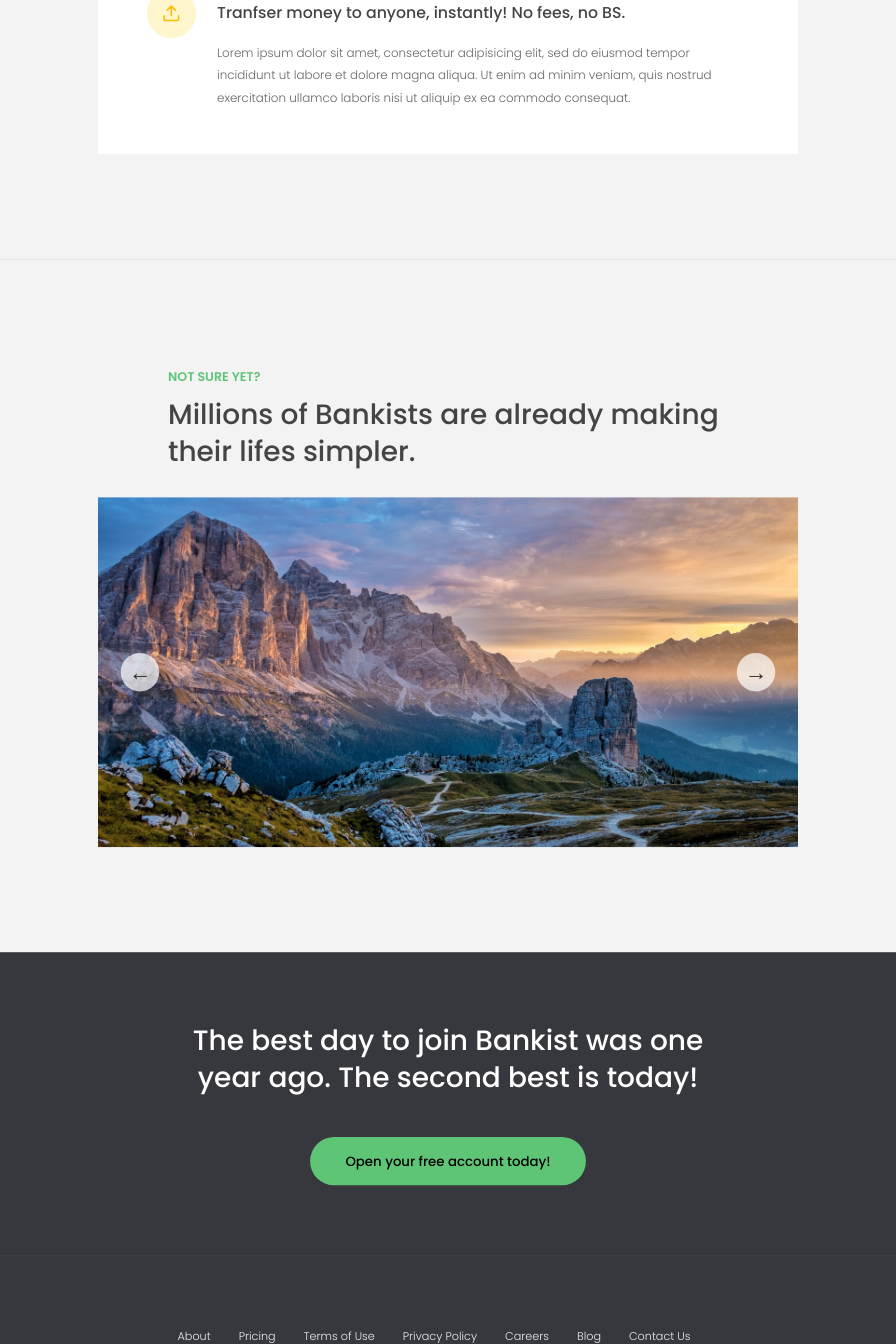
Repository: nptg3105/Bankist
Page: index.html
These files come from the project's save history. The page is drawn as it stood at one moment and after the next save; the edit follows.
The browser window is 1280 px wide. The pictures show the part of the page from y = 2685 to 4605 px (the page is 4887 px tall), at 70% of full size.

Above is the page before, as saved 2022-05-28 08:20:24.

### index.html
<!DOCTYPE html>
<html lang="en">
  <head>
    <meta charset="UTF-8" />
    <meta name="viewport" content="width=device-width, initial-scale=1.0" />
    <meta http-equiv="X-UA-Compatible" content="ie=edge" />
    <link rel="shortcut icon" type="image/png" href="images/icon.png" />

    <link
      href="https://fonts.googleapis.com/css?family=Poppins:300,400,500,600&display=swap"
      rel="stylesheet"
    />
    <link rel="stylesheet" href="dist/index.css" />
    <title>Bankist | When Banking meets Minimalist</title>
  </head>
  <body>
    <header class="header">
      <nav class="nav">
        <img
          src="images/logo.png"
          alt="Bankist logo"
          class="nav__logo"
          id="logo"
        />
        <ul class="nav__links">
          <li class="nav__item">
            <a class="nav__link" href="#section--1">Features</a>
          </li>
          <li class="nav__item">
            <a class="nav__link" href="#section--2">Operations</a>
          </li>
          <li class="nav__item">
            <a class="nav__link" href="#section--3">Testimonials</a>
          </li>
          <li class="nav__item">
            <a class="nav__link nav__link--btn btn--show-modal" href="#"
              >Open account</a
            >
          </li>
        </ul>
      </nav>

      <div class="header__title">
        <h1>
          When
          <!-- Green highlight effect -->
          <span class="highlight">banking</span>
          meets<br />
          <span class="highlight">minimalist</span>
        </h1>
        <h4>A simpler banking experience for a simpler life.</h4>
        <button class="btn--text btn--scroll-to">Learn more &DownArrow;</button>
        <img
          src="images/hero.png"
          class="header__img"
          alt="Minimalist bank items"
        />
      </div>
    </header>

    <section class="section" id="section--1">
      <div class="section__title">
        <h2 class="section__description">Features</h2>
        <h3 class="section__header">
          Everything you need in a modern bank and more.
        </h3>
      </div>

      <div class="features">
        <img
          src="images/digital-lazy.jpg"
          data-src="images/digital.jpg"
          alt="Computer"
          class="features__img lazy-img"
        />
        <div class="features__feature">
          <div class="features__icon">
            <svg>
              <use xlink:href="images/icons.svg#icon-monitor"></use>
            </svg>
          </div>
          <h5 class="features__header">100% digital bank</h5>
          <p>
            Lorem ipsum dolor sit amet consectetur adipisicing elit. Unde alias
            sint quos? Accusantium a fugiat porro reiciendis saepe quibusdam
            debitis ducimus.
          </p>
        </div>

        <div class="features__feature">
          <div class="features__icon">
            <svg>
              <use xlink:href="images/icons.svg#icon-trending-up"></use>
            </svg>
          </div>
          <h5 class="features__header">Watch your money grow</h5>
          <p>
            Nesciunt quos autem dolorum voluptates cum dolores dicta fuga
            inventore ab? Nulla incidunt eius numquam sequi iste pariatur
            quibusdam!
          </p>
        </div>
        <img
          src="images/grow-lazy.jpg"
          data-src="images/grow.jpg"
          alt="Plant"
          class="features__img lazy-img"
        />

        <img
          src="images/card-lazy.jpg"
          data-src="images/card.jpg"
          alt="Credit card"
          class="features__img lazy-img"
        />
        <div class="features__feature">
          <div class="features__icon">
            <svg>
              <use xlink:href="images/icons.svg#icon-credit-card"></use>
            </svg>
          </div>
          <h5 class="features__header">Free debit card included</h5>
          <p>
            Quasi, fugit in cumque cupiditate reprehenderit debitis animi enim
            eveniet consequatur odit quam quos possimus assumenda dicta fuga
            inventore ab.
          </p>
        </div>
      </div>
    </section>

    <section class="section" id="section--2">
      <div class="section__title">
        <h2 class="section__description">Operations</h2>
        <h3 class="section__header">
          Everything as simple as possible, but no simpler.
        </h3>
      </div>

      <div class="operations">
        <div class="operations__tab-container">
          <button
            class="btn operations__tab operations__tab--1 operations__tab--active"
            data-tab="1"
          >
            <span>01</span>Instant Transfers
          </button>
          <button class="btn operations__tab operations__tab--2" data-tab="2">
            <span>02</span>Instant Loans
          </button>
          <button class="btn operations__tab operations__tab--3" data-tab="3">
            <span>03</span>Instant Closing
          </button>
        </div>
        <div
          class="operations__content operations__content--1 operations__content--active"
        >
          <div class="operations__icon operations__icon--1">
            <svg>
              <use xlink:href="images/icons.svg#icon-upload"></use>
            </svg>
          </div>
          <h5 class="operations__header">
            Tranfser money to anyone, instantly! No fees, no BS.
          </h5>
          <p>
            Lorem ipsum dolor sit amet, consectetur adipisicing elit, sed do
            eiusmod tempor incididunt ut labore et dolore magna aliqua. Ut enim
            ad minim veniam, quis nostrud exercitation ullamco laboris nisi ut
            aliquip ex ea commodo consequat.
          </p>
        </div>

        <div class="operations__content operations__content--2">
          <div class="operations__icon operations__icon--2">
            <svg>
              <use xlink:href="images/icons.svg#icon-home"></use>
            </svg>
          </div>
          <h5 class="operations__header">
            Buy a home or make your dreams come true, with instant loans.
          </h5>
          <p>
            Duis aute irure dolor in reprehenderit in voluptate velit esse
            cillum dolore eu fugiat nulla pariatur. Excepteur sint occaecat
            cupidatat non proident, sunt in culpa qui officia deserunt mollit
            anim id est laborum.
          </p>
        </div>
        <div class="operations__content operations__content--3">
          <div class="operations__icon operations__icon--3">
            <svg>
              <use xlink:href="images/icons.svg#icon-user-x"></use>
            </svg>
          </div>
          <h5 class="operations__header">
            No longer need your account? No problem! Close it instantly.
          </h5>
          <p>
            Excepteur sint occaecat cupidatat non proident, sunt in culpa qui
            officia deserunt mollit anim id est laborum. Ut enim ad minim
            veniam, quis nostrud exercitation ullamco laboris nisi ut aliquip ex
            ea commodo consequat.
          </p>
        </div>
      </div>
    </section>

    <section class="section" id="section--3">
      <div class="section__title section__title--testimonials">
        <h2 class="section__description">Not sure yet?</h2>
        <h3 class="section__header">
          Millions of Bankists are already making their lifes simpler.
        </h3>
      </div>

      <div class="slider">
        <!-- <div class="slide slide--1">
          <div class="testimonial">
            <h5 class="testimonial__header">Best financial decision ever!</h5>
            <blockquote class="testimonial__text">
              Lorem ipsum dolor sit, amet consectetur adipisicing elit.
              Accusantium quas quisquam non? Quas voluptate nulla minima
              deleniti optio ullam nesciunt, numquam corporis et asperiores
              laboriosam sunt, praesentium suscipit blanditiis. Necessitatibus
              id alias reiciendis, perferendis facere pariatur dolore veniam
              autem esse non voluptatem saepe provident nihil molestiae.
            </blockquote>
            <address class="testimonial__author">
              <img src="images/user-1.jpg" alt="" class="testimonial__photo" />
              <h6 class="testimonial__name">Aarav Lynn</h6>
              <p class="testimonial__location">San Francisco, USA</p>
            </address>
          </div>
        </div>

        <div class="slide slide--2">
          <div class="testimonial">
            <h5 class="testimonial__header">
              The last step to becoming a complete minimalist
            </h5>
            <blockquote class="testimonial__text">
              Quisquam itaque deserunt ullam, quia ea repellendus provident,
              ducimus neque ipsam modi voluptatibus doloremque, corrupti
              laborum. Incidunt numquam perferendis veritatis neque repellendus.
              Lorem, ipsum dolor sit amet consectetur adipisicing elit. Illo
              deserunt exercitationem deleniti.
            </blockquote>
            <address class="testimonial__author">
              <img src="images/user-2.jpg" alt="" class="testimonial__photo" />
              <h6 class="testimonial__name">Miyah Miles</h6>
              <p class="testimonial__location">London, UK</p>
            </address>
          </div>
        </div>

        <div class="slide slide--3">
          <div class="testimonial">
            <h5 class="testimonial__header">
              Finally free from old-school banks
            </h5>
            <blockquote class="testimonial__text">
              Debitis, nihil sit minus suscipit magni aperiam vel tenetur
              incidunt commodi architecto numquam omnis nulla autem,
              necessitatibus blanditiis modi similique quidem. Odio aliquam
              culpa dicta beatae quod maiores ipsa minus consequatur error sunt,
              deleniti saepe aliquid quos inventore sequi. Necessitatibus id
              alias reiciendis, perferendis facere.
            </blockquote>
            <address class="testimonial__author">
              <img src="images/user-3.jpg" alt="" class="testimonial__photo" />
              <h6 class="testimonial__name">Francisco Gomes</h6>
              <p class="testimonial__location">Lisbon, Portugal</p>
            </address>
          </div>
        </div> -->

        <div class="slide"><img src="images/img-1.jpg" alt="Photo 1" /></div>
        <div class="slide"><img src="images/img-2.jpg" alt="Photo 2" /></div>
        <div class="slide"><img src="images/img-3.jpg" alt="Photo 3" /></div>
        <div class="slide"><img src="images/img-4.jpg" alt="Photo 4" /></div>
        <button class="slider__btn slider__btn--left">&larr;</button>
        <button class="slider__btn slider__btn--right">&rarr;</button>
        <div class="dots"></div>
      </div>
    </section>

    <section class="section section--sign-up">
      <div class="section__title">
        <h3 class="section__header">
          The best day to join Bankist was one year ago. The second best is
          today!
        </h3>
      </div>
      <button class="btn btn--show-modal">Open your free account today!</button>
    </section>

    <footer class="footer">
      <ul class="footer__nav">
        <li class="footer__item">
          <a class="footer__link" href="#">About</a>
        </li>
        <li class="footer__item">
          <a class="footer__link" href="#">Pricing</a>
        </li>
        <li class="footer__item">
          <a class="footer__link" href="#">Terms of Use</a>
        </li>
        <li class="footer__item">
          <a class="footer__link" href="#">Privacy Policy</a>
        </li>
        <li class="footer__item">
          <a class="footer__link" href="#">Careers</a>
        </li>
        <li class="footer__item">
          <a class="footer__link" href="#">Blog</a>
        </li>
        <li class="footer__item">
          <a class="footer__link" href="#">Contact Us</a>
        </li>
      </ul>
      <img src="images/icon.png" alt="Logo" class="footer__logo" />
      <p class="footer__copyright">
        &copy; Copyright by
        <a
          class="footer__link twitter-link"
          target="_blank"
          href="https://twitter.com/jonasschmedtman"
          >Jonas Schmedtmann</a
        >. Use for learning or your portfolio. Don't use to teach. Don't claim
        as your own product.
      </p>
    </footer>

    <div class="modal hidden">
      <button class="btn--close-modal">&times;</button>
      <h2 class="modal__header">
        Open your bank account <br />
        in just <span class="highlight">5 minutes</span>
      </h2>
      <form class="modal__form">
        <label>First Name</label>
        <input type="text" />
        <label>Last Name</label>
        <input type="text" />
        <label>Email Address</label>
        <input type="email" />
        <button class="btn">Next step &rarr;</button>
      </form>
    </div>
    <div class="overlay hidden"></div>

    <script src="./src/js/script.js"></script>
  </body>
</html>

### src/js/script.js
"use strict";

///////////////////////////////////////
// Modal window

const modal = document.querySelector(".modal");
const overlay = document.querySelector(".overlay");
const btnCloseModal = document.querySelector(".btn--close-modal");
const btnsOpenModal = document.querySelectorAll(".btn--show-modal");

const btnScroll = document.querySelector(".btn--scroll-to");
const section1 = document.querySelector("#section--1");

const tabs = document.querySelectorAll(".operations__tab");
const tabsContainer = document.querySelector(".operations__tab-container");
const tabsContent = document.querySelectorAll(".operations__content");

const nav = document.querySelector(".nav");

const openModal = function (e) {
  e.preventDefault();
  modal.classList.remove("hidden");
  overlay.classList.remove("hidden");
};

const closeModal = function () {
  modal.classList.add("hidden");
  overlay.classList.add("hidden");
};

btnsOpenModal.forEach((btn) => {
  btn.addEventListener("click", openModal);
});

btnCloseModal.addEventListener("click", closeModal);
overlay.addEventListener("click", closeModal);

document.addEventListener("keydown", function (e) {
  if (e.key === "Escape" && !modal.classList.contains("hidden")) {
    closeModal();
  }
});

//Scroll Smooth
btnScroll.addEventListener("click", function () {
  section1.scrollIntoView({ behavior: "smooth" });
});

document.querySelector(".nav__links").addEventListener("click", (e) => {
  e.preventDefault();
  if (e.target.classList.contains("nav__link")) {
    const id = e.target.getAttribute("href");
    document.querySelector(id).scrollIntoView({ behavior: "smooth" });
  }
});

//Tabbed Component
tabsContainer.addEventListener("click", function (e) {
  const clicked = e.target.closest(".operations__tab");
  // console.log(clicked);

  //Remove classes
  tabs.forEach((tab) => {
    tab.classList.remove("operations__tab--active");
  });
  tabsContent.forEach((content) => {
    content.classList.remove("operations__content--active");
  });

  if (!clicked) return;

  //Active class
  clicked.classList.add("operations__tab--active");

  //Active content area
  document
    .querySelector(`.operations__content--${clicked.dataset.tab}`)
    .classList.add("operations__content--active");
});

//Faded nav
function handleHover(e) {
  if (e.target.classList.contains("nav__link")) {
    const link = e.target;
    const siblings = link.closest(".nav__links").querySelectorAll(".nav__link");

    siblings.forEach((element) => {
      if (element !== link) element.style.opacity = this;
    });
  }
}

nav.addEventListener("mouseover", handleHover.bind(0.5));
nav.addEventListener("mouseout", handleHover.bind(1));

//Sticky Nav
const initialCoords = section1.getBoundingClientRect();
const navHeight = nav.getBoundingClientRect().height;
// console.log(navHeight);

window.addEventListener("scroll", function () {
  if (window.scrollY > initialCoords.top - navHeight) {
    nav.classList.add("sticky");
  }
  if (window.scrollY < initialCoords.top) {
    nav.classList.remove("sticky");
  }
});

//Reveal Section
const allSection = document.querySelectorAll(".section");

function revealSection(entries, observer) {
  const [entry] = entries;
  // console.log(entry);
  if (!entry.isIntersecting) return;
  entry.target.classList.remove("section--hidden");
  observer.unobserve(entry.target);
}

const sectionObserver = new IntersectionObserver(revealSection, {
  root: null,
  threshold: 0.15,
});

allSection.forEach((section) => {
  sectionObserver.observe(section);
  section.classList.add("section--hidden");
});

//Lazy-load image
const imgTargets = document.querySelectorAll("img[data-src]");

function loadImg(entries, observer) {
  const [entry] = entries;
  // console.log(entry);

  if (!entry.isIntersecting) return;

  //Replace src with data-src
  entry.target.src = entry.target.dataset.src;

  entry.target.addEventListener("load", () => {
    entry.target.classList.remove("lazy-img");
  });

  observer.unobserve(entry.target);
}

const imgObserver = new IntersectionObserver(loadImg, {
  root: null,
  threshold: 0,
  rootMargin: "-200px",
});

imgTargets.forEach((img) => imgObserver.observe(img));

//Slider
const slides = document.querySelectorAll(".slide");
const btnNext = document.querySelector(".slider__btn--right");
const btnPrev = document.querySelector(".slider__btn--left");
const dotContainer = document.querySelector(".dots");

let curSlide = 0;
const maxSlide = slides.length;

//Function
function createDot() {
  slides.forEach((_, i) => {
    dotContainer.insertAdjacentElement(
      "beforeend",
      `<button class="dots__dot" data-slide=${i}></button>`
    );
  });
}

function goToSlide(slide) {
  slides.forEach((s, i) => {
    s.style.transform = `translateX(${100 * (i - slide)}%)`;
  });
}

goToSlide(0);

//Next Slide
function nextSlide() {
  if (curSlide === maxSlide - 1) {
    curSlide = 0;
  } else {
    curSlide++;
  }

  goToSlide(curSlide);
}

//PrevSlide
function prevSlide() {
  if (curSlide === 0) {
    curSlide = maxSlide - 1;
  } else {
    curSlide--;
  }
  goToSlide(curSlide);
}

btnNext.addEventListener("click", nextSlide);
btnPrev.addEventListener("click", prevSlide);

document.addEventListener("keydown", function (e) {
  if (e.key === "ArrowLeft") prevSlide();
  e.key === "ArrowRight" && nextSlide();
});

Loaded but not shown: dist/index.css (library)

After the next save:
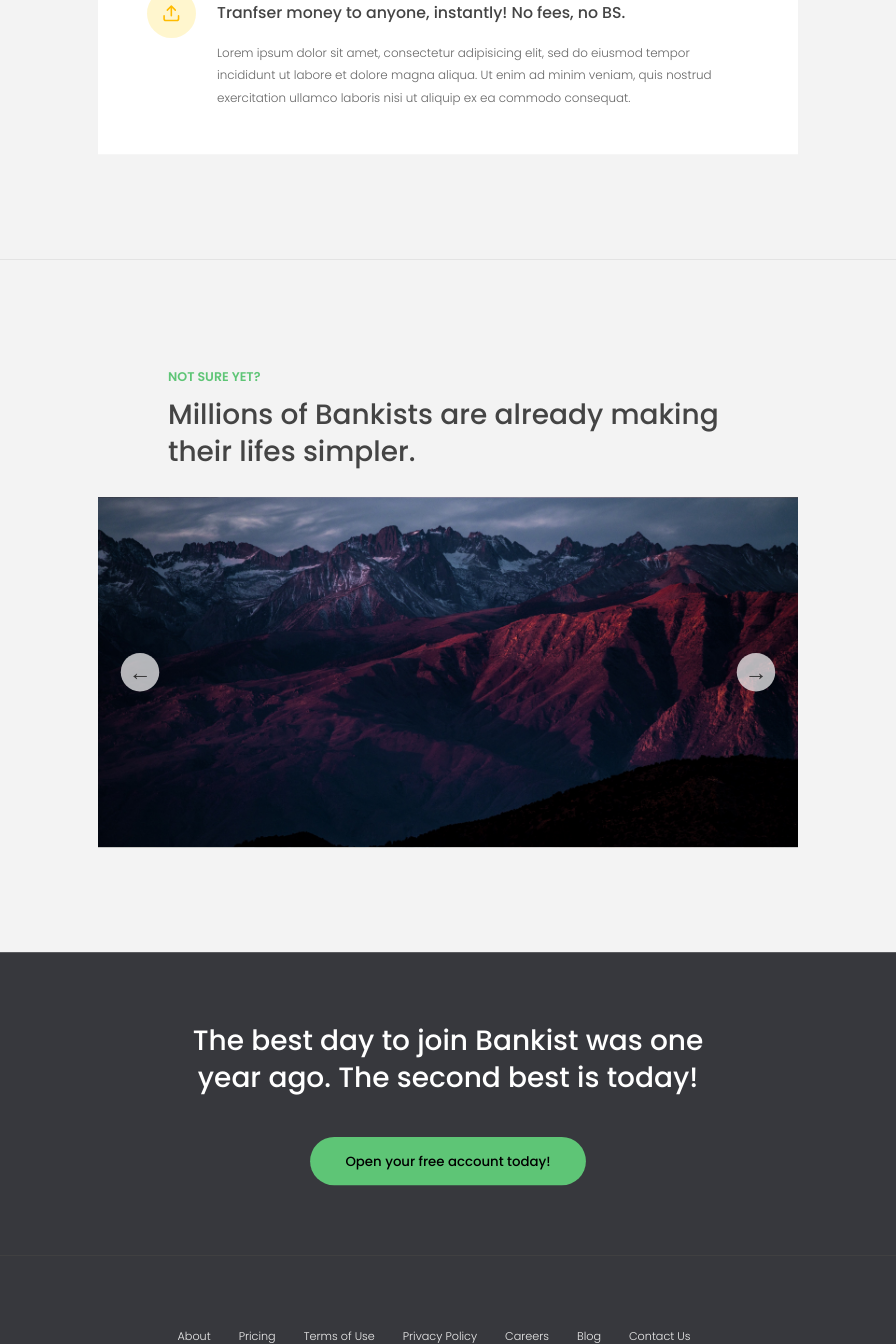
Console error: TypeError: Failed to execute 'insertAdjacentElement' on 'Element': parameter 2 is not of type 'Element'.
Saved 13 s later.
--- a/src/js/script.js
+++ b/src/js/script.js
@@ -174,6 +174,8 @@
   });
 }
 
+createDot();
+
 function goToSlide(slide) {
   slides.forEach((s, i) => {
     s.style.transform = `translateX(${100 * (i - slide)}%)`;

After the save that followed:
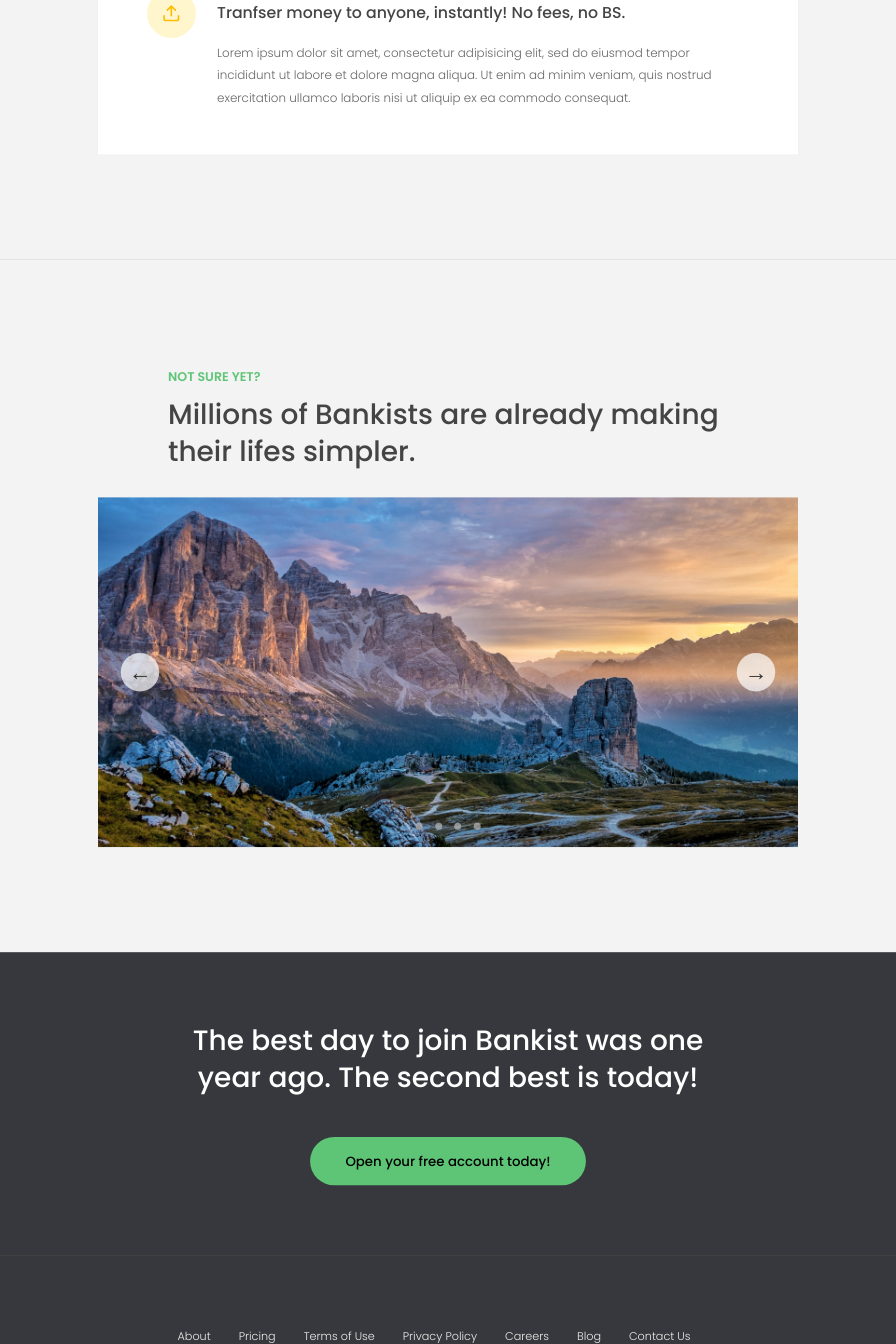
The error is gone.
Saved 29 s later.
--- a/src/js/script.js
+++ b/src/js/script.js
@@ -167,7 +167,7 @@
 //Function
 function createDot() {
   slides.forEach((_, i) => {
-    dotContainer.insertAdjacentElement(
+    dotContainer.insertAdjacentHTML(
       "beforeend",
       `<button class="dots__dot" data-slide=${i}></button>`
     );
